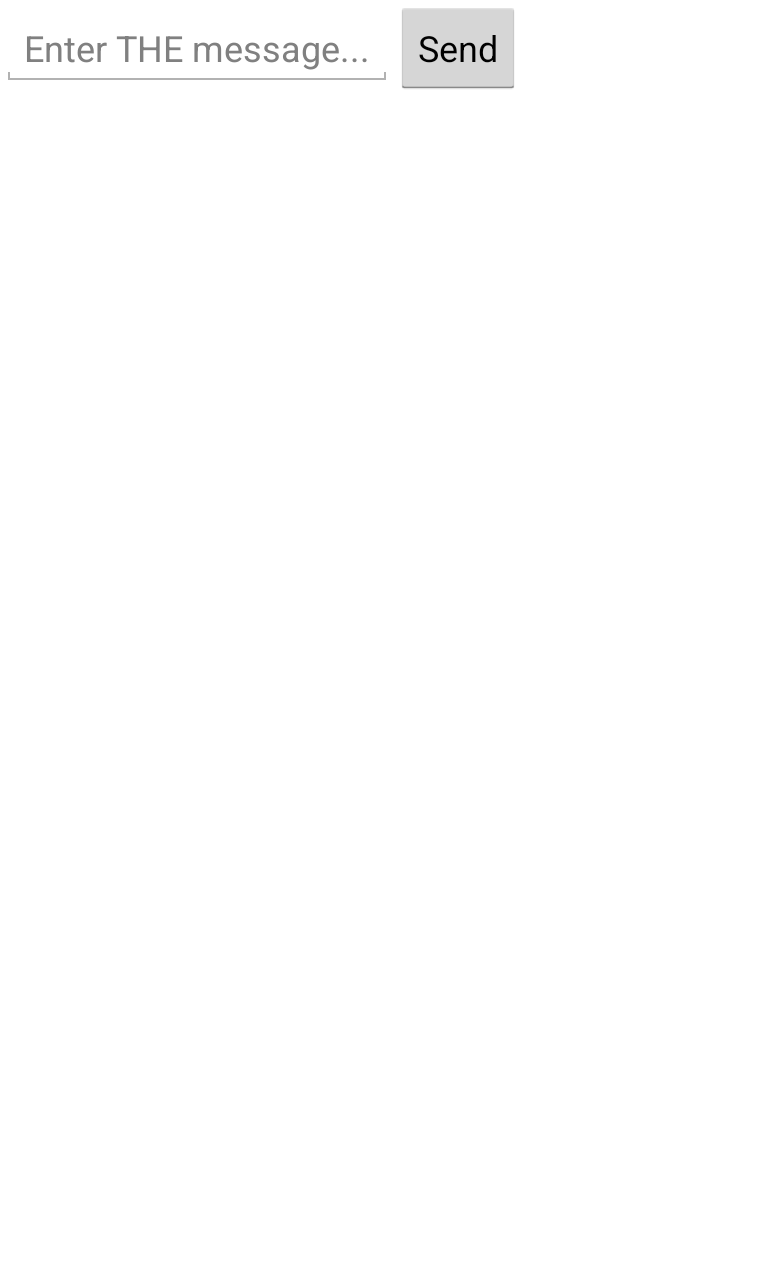
Repository: TabTabTab/WorkspaceAndroid
Layout: AndroidTest/res/layout/activity_main.xml
The author's editor kept a copy of each file at every save. The layout is drawn from the files as they stood at one save, then again after the next save.
It is drawn on a 768 x 1280 px phone screen (xhdpi) without system bars, with theme AppTheme; the app's code is not run.

Above is the layout before, as saved 2013-02-13 19:22:08.

After the next save:
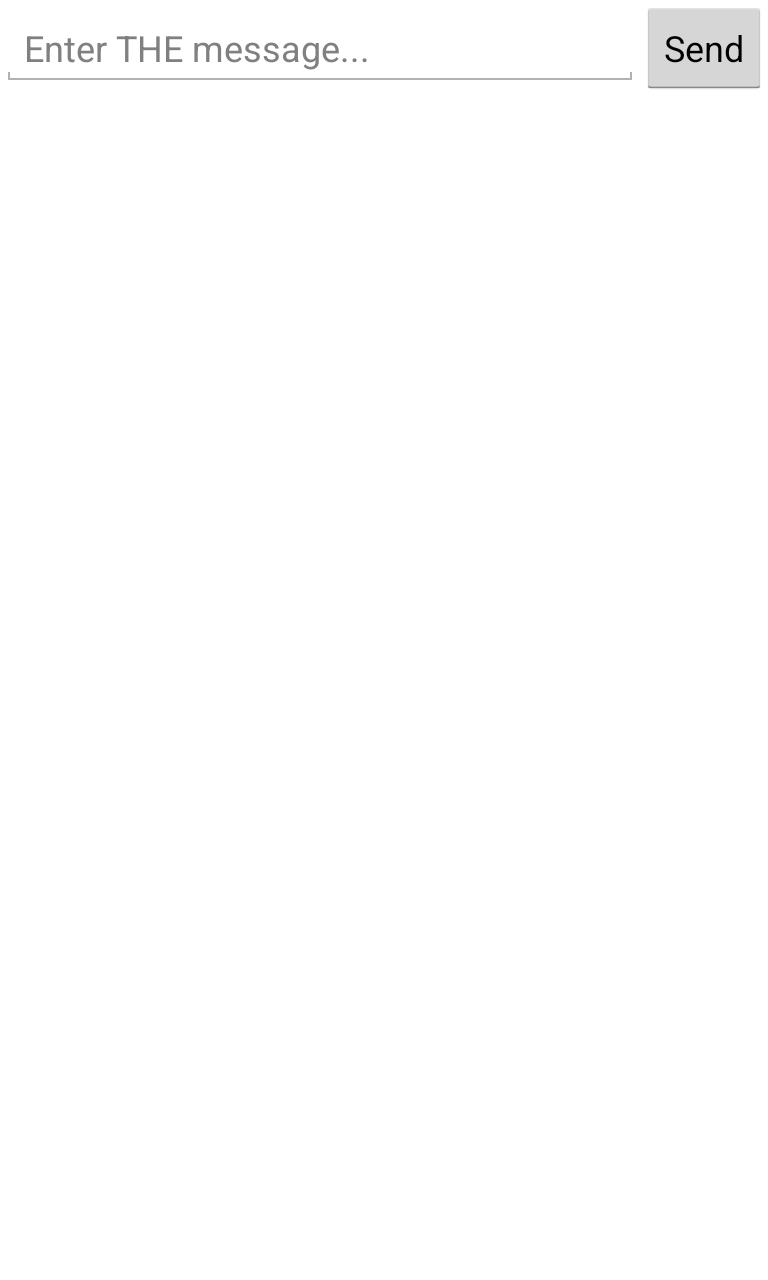
Saved 15 s later.
--- a/AndroidTest/res/layout/activity_main.xml
+++ b/AndroidTest/res/layout/activity_main.xml
@@ -6,7 +6,7 @@
     tools:context=".MainActivity" >
 
     <EditText 	android:id="@+id/edit_message"
-        		android:layout:weight="1"
+        		android:layout_weight="1"
         		android:layout_width="wrap_content"
         		android:layout_height="wrap_content"
         		android:hint="@string/edit_message"/>
